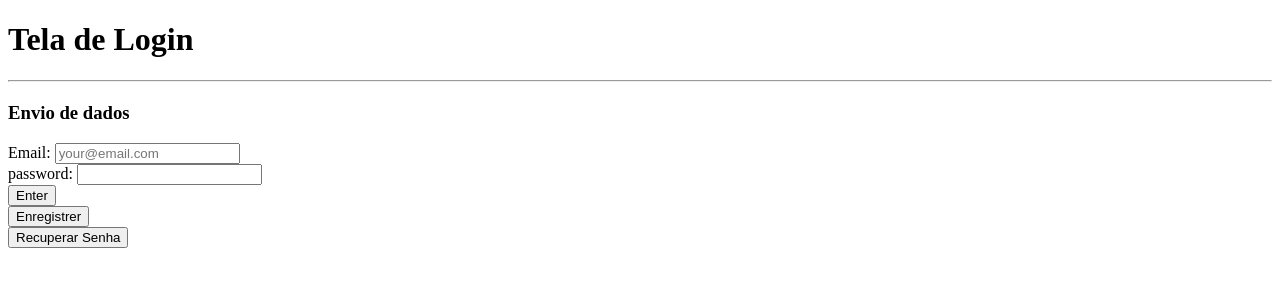
Repository: MarcioFreitasUFSC21/FrontEnd-part-1
Page: index.html
An editor plug-in stored every save of this project. The page is shown before and after a run of saves, followed by the edit.
The browser window is 1280 px wide. The pictures show the whole page.

Above is the page before, as saved 2023-04-22 19:52:51.

After the next 4 saves:
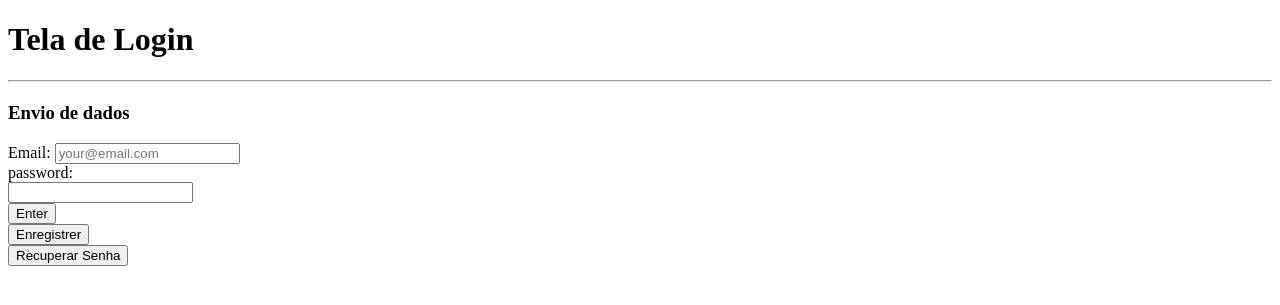
The 4 saves are shown as one change because they came seconds apart.
The last was saved 17 s later.
--- a/index.html
+++ b/index.html
@@ -16,7 +16,9 @@
                     <div>
                         <label type = "email"> Email: </label> <input type = "email" placeholder="your@email.com" ></input>
                         <div>
-                            <label type = "password"> password: </label> <input type = "password"> </input>
+                            <label type = "password"> password: </label>
+                            <div></div>
+                            <input type = "password"> </input>
                         </div>
                         <button type = "button" action = "save" onclick="alert('exemple')"> Enter</button>
                     </div>
